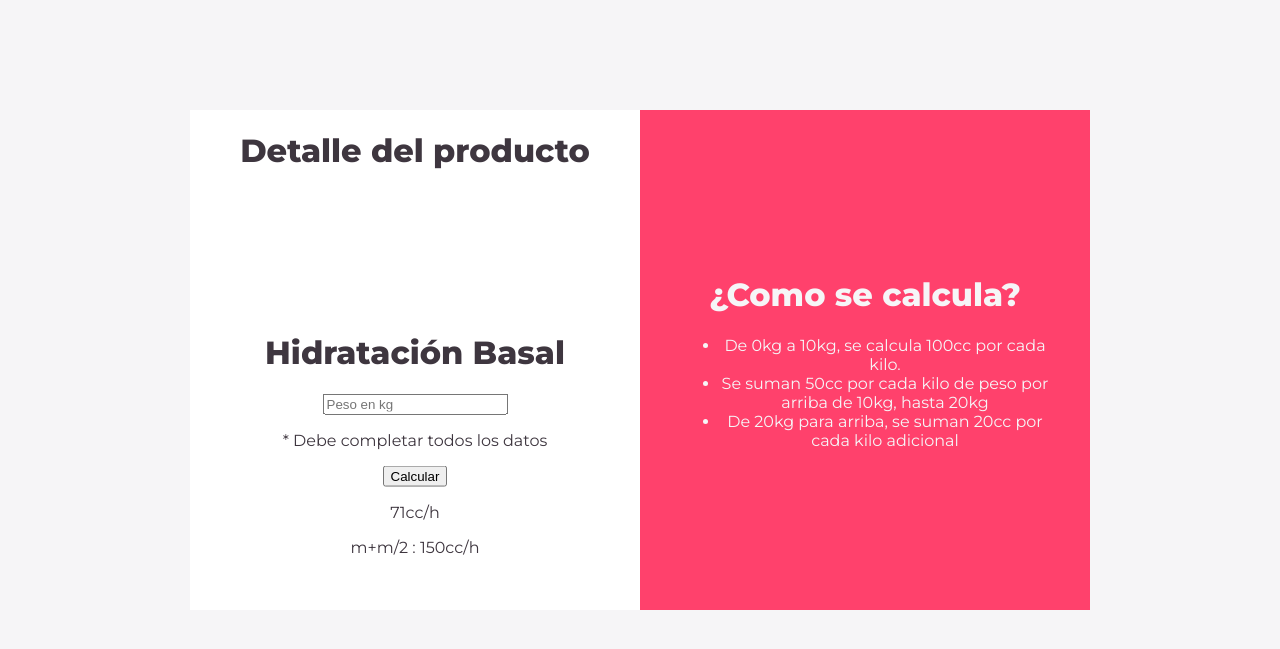
Repository: Fredy452/calculadora_basal
Page: index.html
The author's editor kept a copy of each file at every save. The page is drawn from the files as they stood at one save, then again after the next save.
The browser window is 1280 px wide. The pictures show the whole page.

Above is the page before, as saved 2023-04-21 07:43:01.

### index.html
<!DOCTYPE html>
<html lang="en">
<head>
    <meta charset="UTF-8">
    <meta http-equiv="X-UA-Compatible" content="IE=edge">
    <meta name="viewport" content="width=device-width, initial-scale=1.0">
    <title>Calculadora de hidratación</title>
    <link rel="stylesheet" href="style.css">
</head>
<body>
    <div id="contenedor">
        <div id="calculadora">
            <h1>Detalle del producto</h1>
            <div class="contenido">
                <h1>Hidratación Basal</h1>
                <input type="number" name="peso" id="peso" placeholder="Peso en kg">
                <p>* Debe completar todos los datos</p>
                <button>Calcular</button>
                <p>71cc/h</p>
                <p>m+m/2 : 150cc/h</p>
            </div>
        </div>
        <div id="detalle">
            <div class="contenido">
                <h1>¿Como se calcula?</h1>
                <ul>
                    <li>De 0kg a 10kg, se calcula 100cc por cada kilo.</li>
                    <li>Se suman 50cc por cada kilo de peso por arriba de 10kg, hasta 20kg</li>
                    <li>De 20kg para arriba, se suman 20cc por cada kilo adicional</li>
                </ul>
            </div>
        </div>
    </div>
</body>
</html>

### style.css
@import url('https://fonts.googleapis.com/css?family=Montserrat:400,800');

body{
    font-family: 'Montserrat', sans-serif;
    background: #f6f5f7;
    color: #3E363F;
}
#contenedor{
    width: 900px;
    height: 500px;
    position: absolute;
    text-align: center;
    inset: 0;
    margin: auto;
}
#calculadora{
    background: white;
    width: 50%;
    height: 100%;
    float: left;
}
#detalle{
    background: #FF416C;
    width: 50%;
    height: 100%;
    float: left;
    color: #f6f5f7;
}
.contenido{
    /* Centrando el contenido de los divs */
    position: relative;
    top: 50%;
    transform: translateY(-50%);
    overflow: hidden;
    padding: 40px;
}

After the next save:
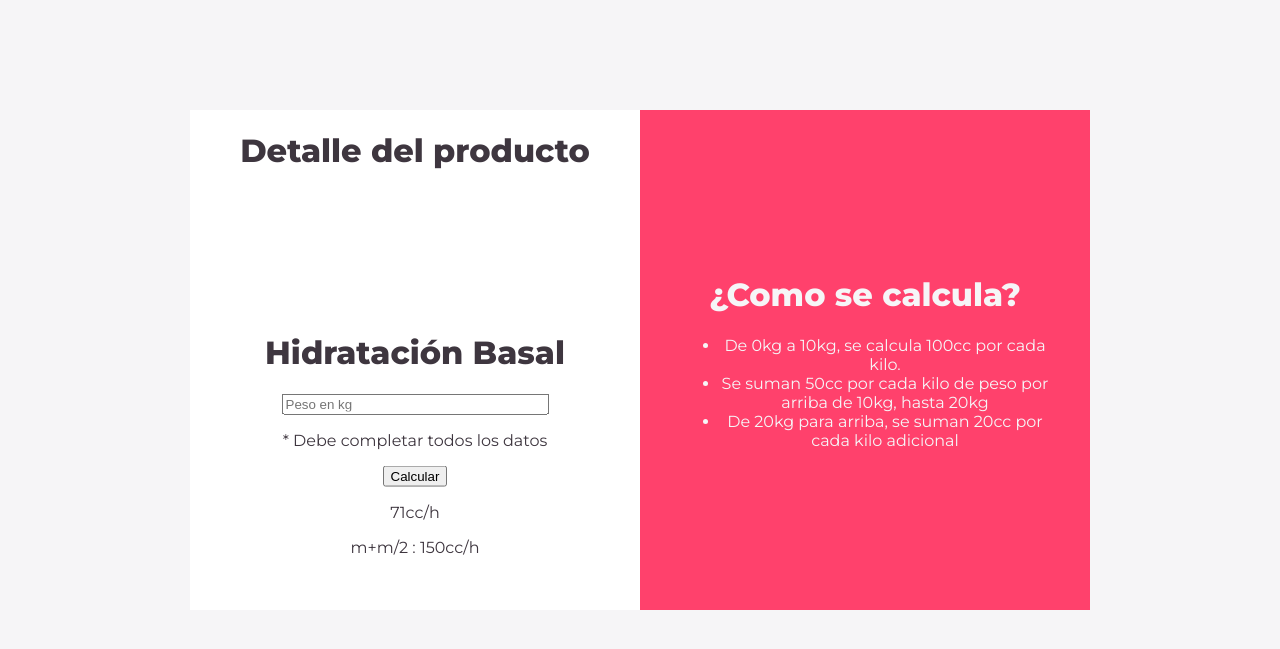
Saved 2 min 12 s later.
--- a/style.css
+++ b/style.css
@@ -34,3 +34,6 @@ body{
     overflow: hidden;
     padding: 40px;
 }
+input{
+    width: 70%;
+}
